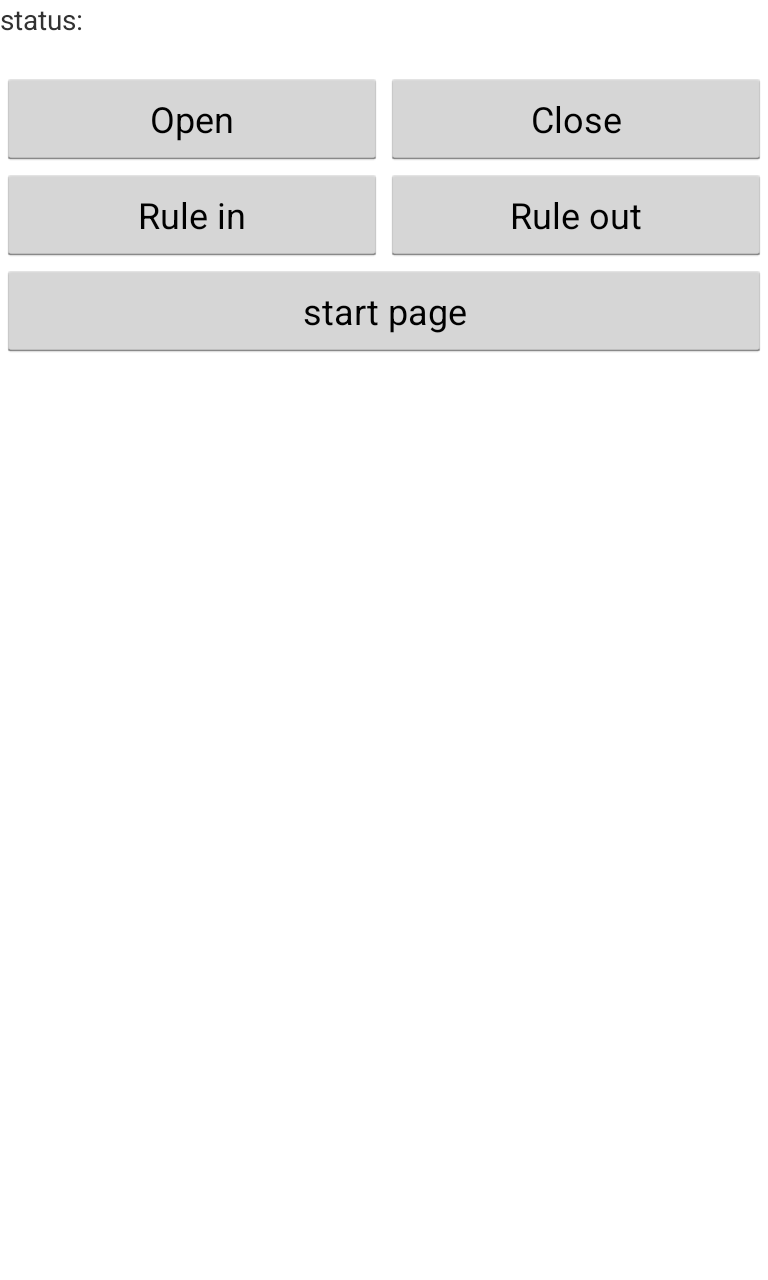
Repository: dthas/d_firewall_c
Layout: src/main/android/eclipse_project/dfirewall/res/layout/activity_main.xml
These files come from the project's save history. The layout is drawn as it stood at one moment and after the next save; the edit follows.
It is drawn on a 768 x 1280 px phone screen (xhdpi) without system bars, with theme AppTheme; the app's code is not run.

Above is the layout before, as saved 2017-02-05 04:11:25.

### src/main/android/eclipse_project/dfirewall/res/layout/activity_main.xml
<LinearLayout xmlns:android="http://schemas.android.com/apk/res/android"
android:layout_width="fill_parent"
android:layout_height="wrap_content"
android:orientation="vertical" >

    <LinearLayout
        android:layout_width="fill_parent"
		android:layout_height="wrap_content"
		android:orientation="horizontal" >

	        <TextView
				android:id="@+id/text_view_1"
				android:layout_width="match_parent"
				android:layout_height="wrap_content"
				android:text="status:" />

	        <TextView
				android:id="@+id/text_view_2"
				android:layout_width="match_parent"
				android:layout_height="wrap_content"
				android:text="ON" />
	</LinearLayout>

    <LinearLayout
       	android:layout_width="fill_parent"
		android:layout_height="wrap_content"
		android:orientation="horizontal" >

			<Button
			android:id="@+id/button_1"
			android:layout_width="fill_parent"
			android:layout_height="wrap_content"
			android:layout_weight="1"
			android:text="Open" />

			<Button
			android:id="@+id/button_2"
			android:layout_width="fill_parent"
			android:layout_height="wrap_content"
			android:layout_weight="1"
			android:text="Close" />

	</LinearLayout>

    <LinearLayout
       	android:layout_width="fill_parent"
		android:layout_height="wrap_content"
		android:orientation="horizontal" >

			<Button
			android:id="@+id/button_3"
			android:layout_width="fill_parent"
			android:layout_height="wrap_content"
			android:layout_weight="1"
			android:text="Rule in" />

			<Button
			android:id="@+id/button_4"
			android:layout_width="fill_parent"
			android:layout_height="wrap_content"
			android:layout_weight="1"
			android:text="Rule out" />

	</LinearLayout>



    <LinearLayout
       	android:layout_width="fill_parent"
		android:layout_height="wrap_content"
		android:orientation="horizontal" >

			<Button
			android:id="@+id/button_5"
			android:layout_width="fill_parent"
			android:layout_height="wrap_content"
			android:layout_weight="1"
			android:text="start page" />



	</LinearLayout>

</LinearLayout>

Loaded but not shown: src/main/android/eclipse_project/dfirewall/res/values/styles.xml (common file); src/main/android/eclipse_project/dfirewall/res/values-v11/styles.xml (common file); src/main/android/eclipse_project/dfirewall/res/values-v14/styles.xml (common file)

After the next save:
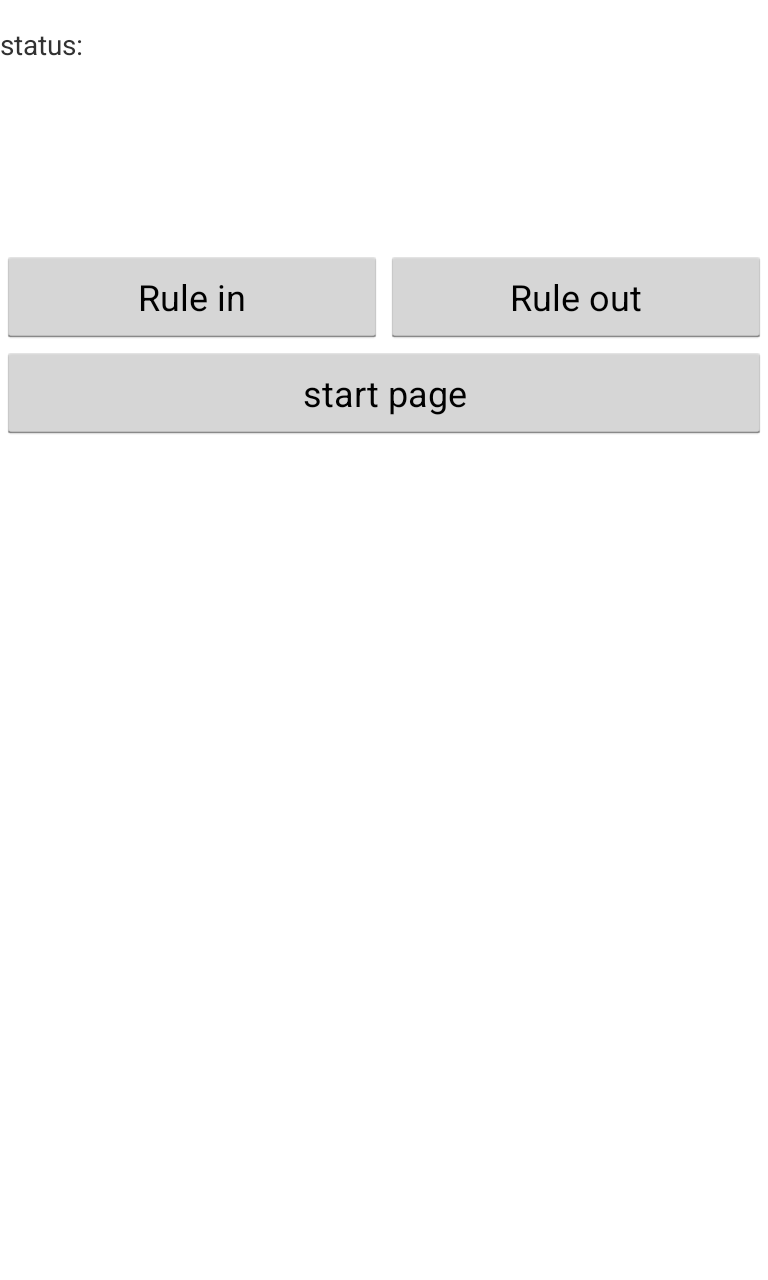
Saved 42 s later.
--- a/src/main/android/eclipse_project/dfirewall/res/layout/activity_main.xml
+++ b/src/main/android/eclipse_project/dfirewall/res/layout/activity_main.xml
@@ -19,14 +19,8 @@ android:orientation="vertical" >
 				android:layout_width="match_parent"
 				android:layout_height="wrap_content"
 				android:text="ON" />
-	</LinearLayout>
 
-    <LinearLayout
-       	android:layout_width="fill_parent"
-		android:layout_height="wrap_content"
-		android:orientation="horizontal" >
-
-			<Button
+	        <Button
 			android:id="@+id/button_1"
 			android:layout_width="fill_parent"
 			android:layout_height="wrap_content"
@@ -39,8 +33,9 @@ android:orientation="vertical" >
 			android:layout_height="wrap_content"
 			android:layout_weight="1"
 			android:text="Close" />
+	</LinearLayout>
 
-	</LinearLayout>
+
 
     <LinearLayout
        	android:layout_width="fill_parent"
